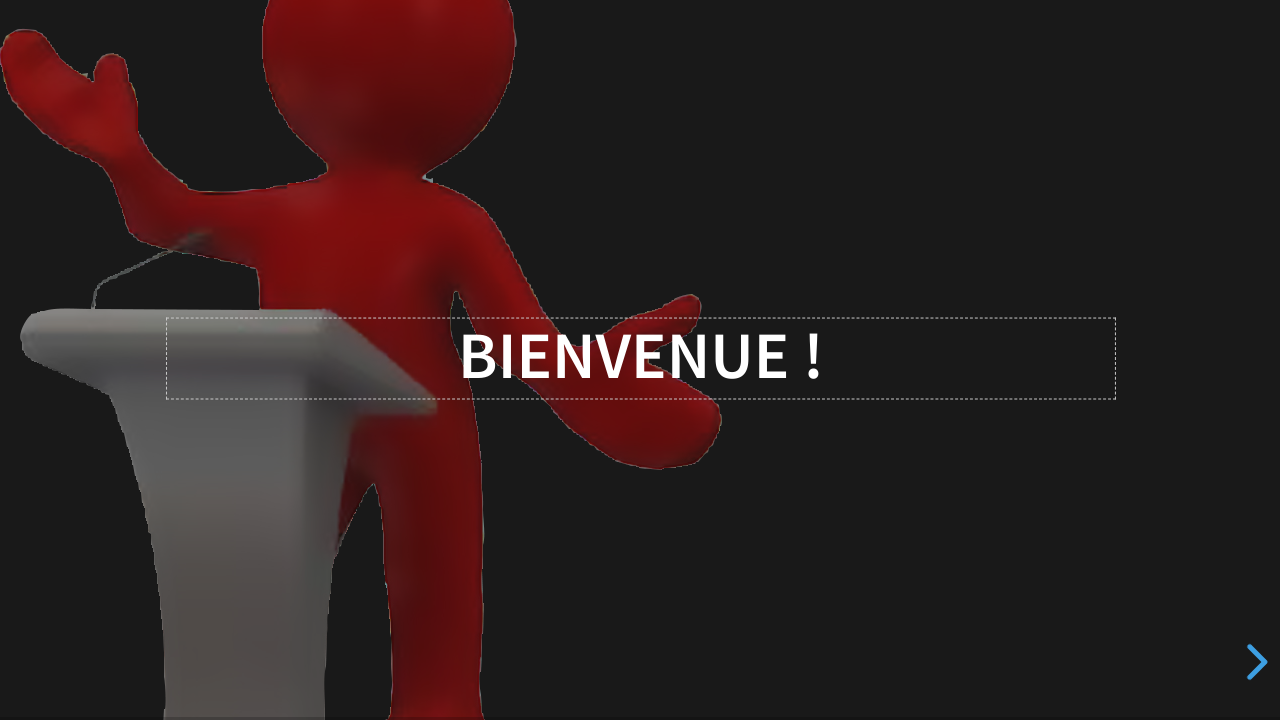
Repository: cutesquirrel/pres-college
Page: index.html
An editor plug-in stored every save of this project. The page is shown before and after the next save, followed by the edit.
The browser window is 1280 px wide. The pictures show the whole page.

Above is the page before, as saved 2024-03-31 10:50:26.

After the next save:
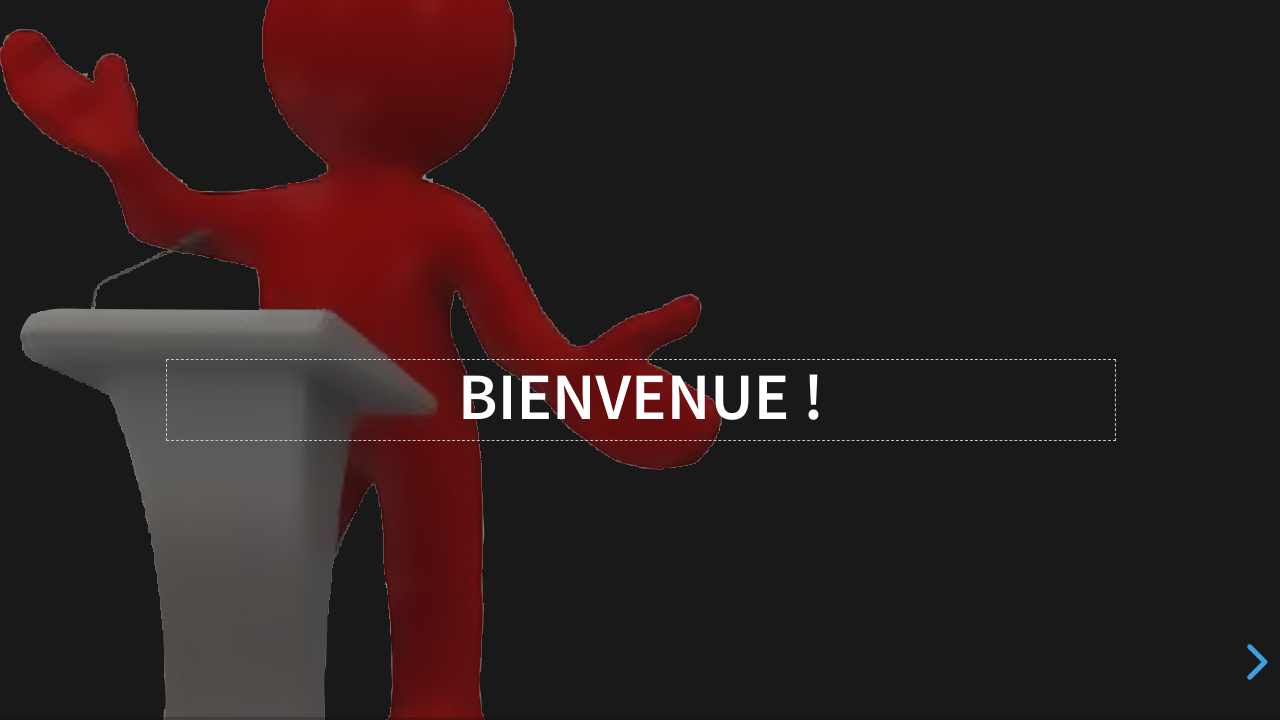
Saved 19 s later.
--- a/custom.js
+++ b/custom.js
@@ -7,35 +7,33 @@ window.addEventListener('DOMContentLoaded', (event) => {
 })
 // -------------------
 function animate_text() {
-  setInterval(function () {
-    let delay = 100,
-      delay_start = 0,
-      contents,
-      letters
+  let delay = 100,
+    delay_start = 0,
+    contents,
+    letters
 
-    document.querySelectorAll('.animate-text').forEach(function (elem) {
-      contents = elem.textContent.trim()
-      elem.textContent = ''
-      letters = contents.split('')
-      elem.style.visibility = 'visible'
+  document.querySelectorAll('.animate-text').forEach(function (elem) {
+    contents = elem.textContent.trim()
+    elem.textContent = ''
+    letters = contents.split('')
+    elem.style.visibility = 'visible'
 
-      letters.forEach(function (letter, index_1) {
-        setTimeout(function () {
-          // ---------
-          // effet machine à écrire (SIMPLE)
-          elem.textContent += letter
-          // ---------
-          // OU :
-          // effet machine à écrire + animation CSS (SPECIAL)
-          /*
+    letters.forEach(function (letter, index_1) {
+      setTimeout(function () {
+        // ---------
+        // effet machine à écrire (SIMPLE)
+        elem.textContent += letter
+        // ---------
+        // OU :
+        // effet machine à écrire + animation CSS (SPECIAL)
+        /*
         var span = document.createElement('span');
         span.innerHTML = letter.replace(/ /,'&nbsp;');
         elem.appendChild(span);
 */
-          // ---------
-        }, delay_start + delay * index_1)
-      })
-      delay_start += delay * letters.length
+        // ---------
+      }, delay_start + delay * index_1)
     })
-  }, 4000)
+    delay_start += delay * letters.length
+  })
 }

After the save that followed:
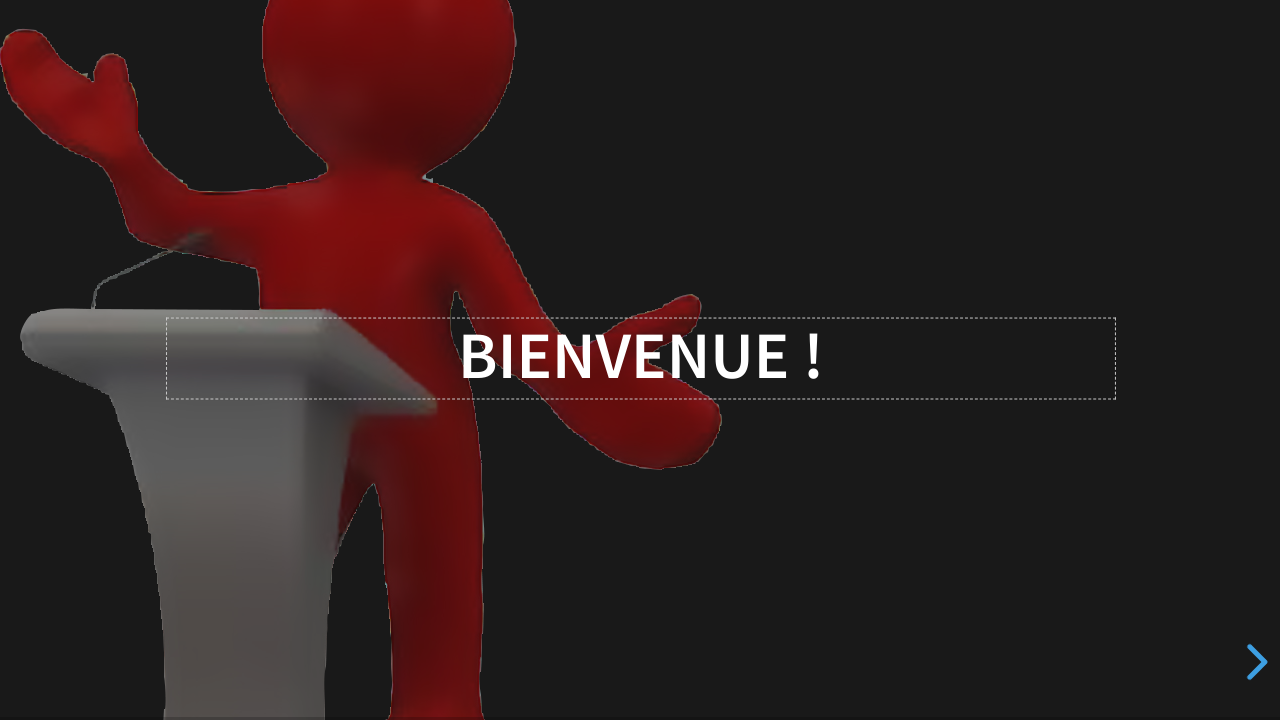
Saved 12 s later.
--- a/custom.js
+++ b/custom.js
@@ -3,7 +3,7 @@
 /* ------------------------- */
 'use strict'
 window.addEventListener('DOMContentLoaded', (event) => {
-  animate_text()
+  setInterval(animate_text, 4000)
 })
 // -------------------
 function animate_text() {
